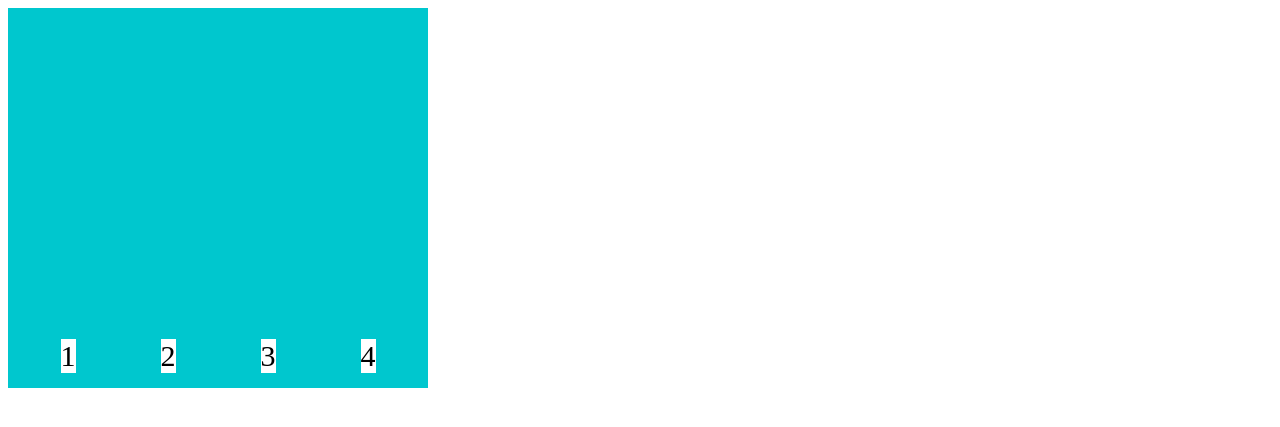
Repository: yuu2310/dmm-webcamp
Page: flex/flex.html
The author's editor kept a record of every edit. The page is drawn from the files as they stood at one moment, then again after the next edit.
The browser window is 1280 px wide. The pictures show the whole page.

Above is the page before.

### flex/flex.html
<!DOCTYPE html>
<html lang="ja">
  <head>
    <meta charset="UTF-8" />
    <link rel="stylesheet" href="style.css" />
    <title>flexbox</title>
  </head>
  <body>
    <div class="flex">
      <div>1</div>
      <div>2</div>
      <div>3</div>
      <div>4</div>
    </div>
  </body>
</html>

### flex/style.css
.flex {
  background-color: #00c7ce;
  width:400px;
  height: 50vh;
  padding: 10px;
  display: flex;
  justify-content: space-around;
  align-items: baseline;
  flex-wrap: wrap;
  align-content: flex-end;
}

.flex > div {
  background-color: #fff;
  margin: 5px;
  font-size: 30px;
}

After the next edit:
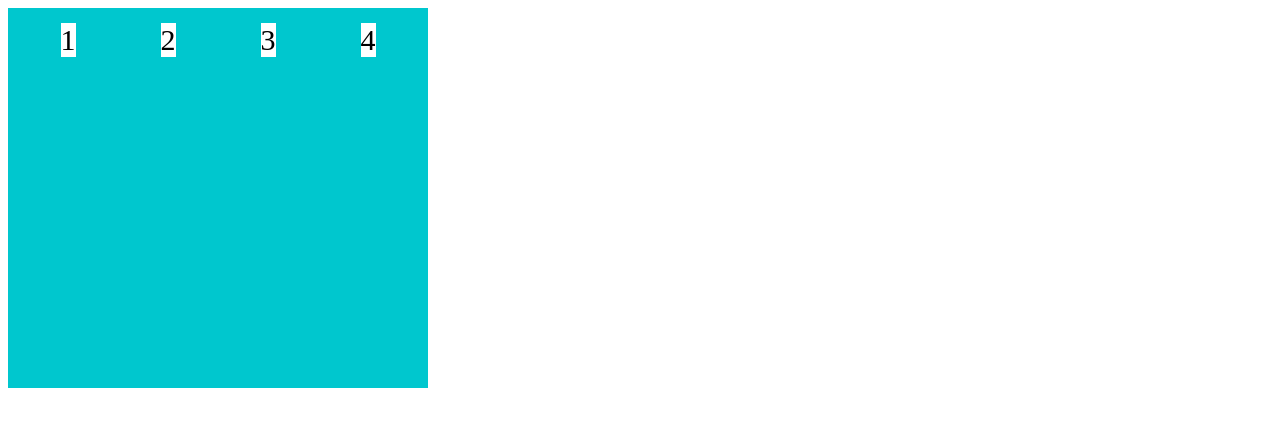
The edit:
--- a/flex/style.css
+++ b/flex/style.css
@@ -7,7 +7,7 @@
   justify-content: space-around;
   align-items: baseline;
   flex-wrap: wrap;
-  align-content: flex-end;
+  align-content: stretch;
 }
 
 .flex > div {
